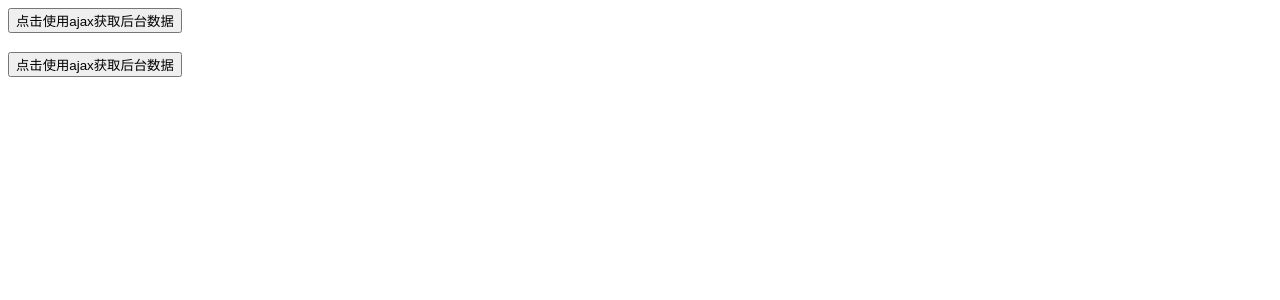
Repository: OffTheWaller/Ajax
Page: WEB/WebContent/ajax.html
These files come from the project's save history. The page is drawn as it stood at one moment and after the next save; the edit follows.
The browser window is 1280 px wide. The pictures show the whole page.
After loading, the first visible `#btn` was clicked once.

Above is the page before, as saved 2018-06-30 04:28:43.

### WEB/WebContent/ajax.html
<!DOCTYPE html>
<html>
<head>
<meta charset="UTF-8">
<title>jquery ajax练习</title>
<script src="./jquery-1.12.4.js"></script>
</head>
<body>
    <input type="button" value="点击使用ajax获取后台数据" id="btn">
    <h3 id="hh"></h3>
    <script>
        document.getElementById("btn").onclick = function () {
        	$.ajax({
                async:true,
                URL: "/WEB/ajaxServlet",
                type: "GET",
                success: function (data) {
                    document.getElementById('hh').innerHTML = data;
                },
        		dataType: "text"
            	});
        }


    </script>
</body>
</html>

Loaded but not shown: WEB/WebContent/jquery-1.12.4.js (library)

After the next save:
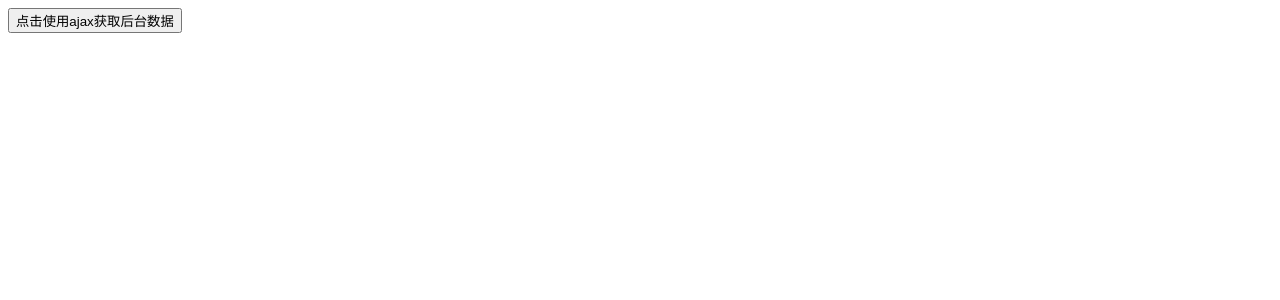
Saved 4 min 47 s later.
--- a/WEB/WebContent/ajax.html
+++ b/WEB/WebContent/ajax.html
@@ -17,7 +17,7 @@
                 success: function (data) {
                     document.getElementById('hh').innerHTML = data;
                 },
-        		dataType: "text"
+        		dataType: "json"
             	});
         }
 
